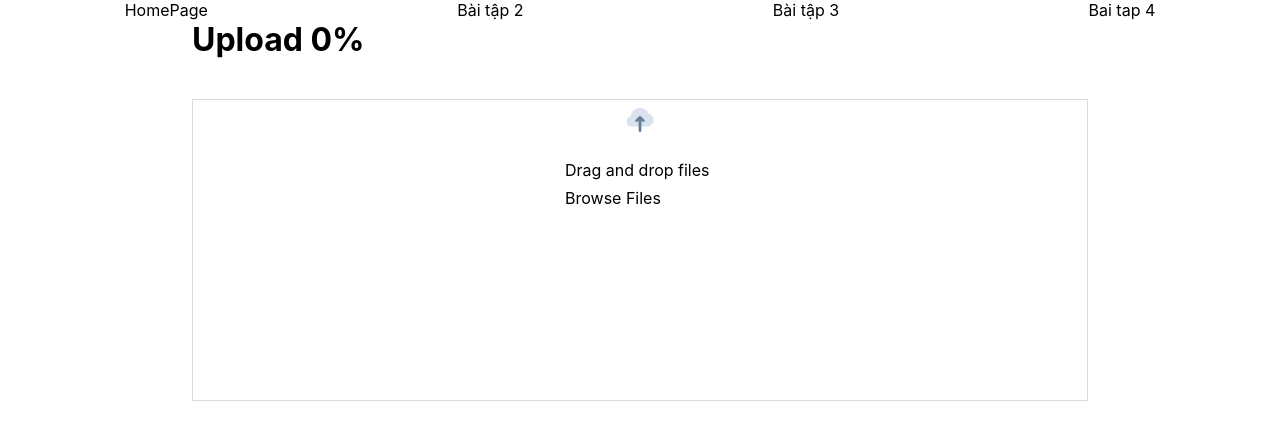
Repository: tungdau93/Training-ReactJS
Page: /bai-tap-3
An editor plug-in stored every save of this project. The page is shown before and after a run of saves, followed by the edit.
The browser window is 1280 px wide. The pictures show the whole page.
The project was rebuilt for these pictures with package versions that can differ from the ones it lists, and the page was loaded fresh each time. Also part of the build but not shown: src/App.css, src/hooks/useClickOutside.js, src/Assignments/BaiTap2.jsx, src/Assignments/HomePage.jsx.

Above is the page before, as saved 2022-10-03 10:46:36.

After the next 4 saves:
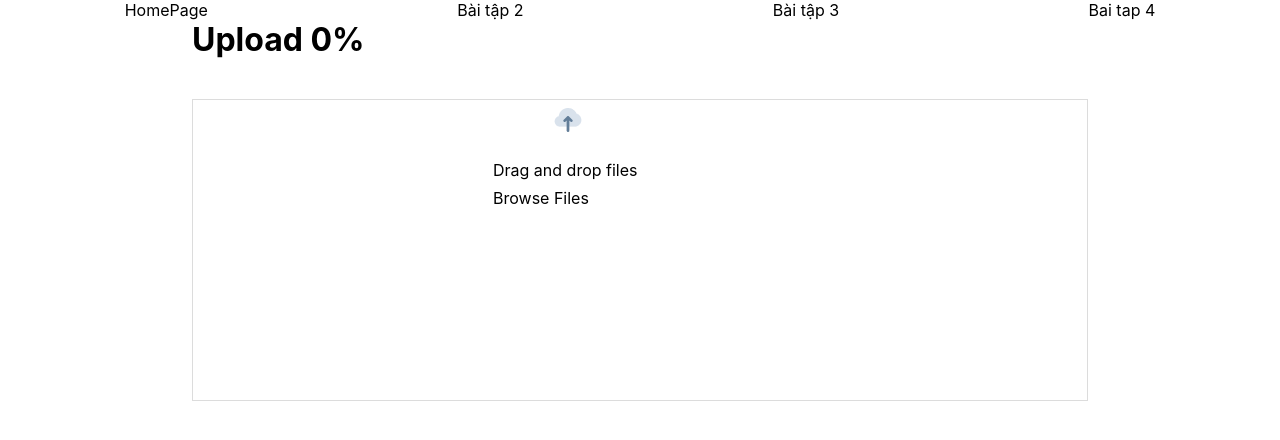
The 4 saves are shown as one change because 1 did not build or start and some came seconds apart.
The last was saved 58 s later.
--- a/src/style/_bai-tap-3.scss
+++ b/src/style/_bai-tap-3.scss
@@ -258,6 +258,7 @@
       flex-direction: column;
       min-width: 150px;
       position: absolute;
+      left: 300px;
 
       .image-drag-drop {
         display: flex;
